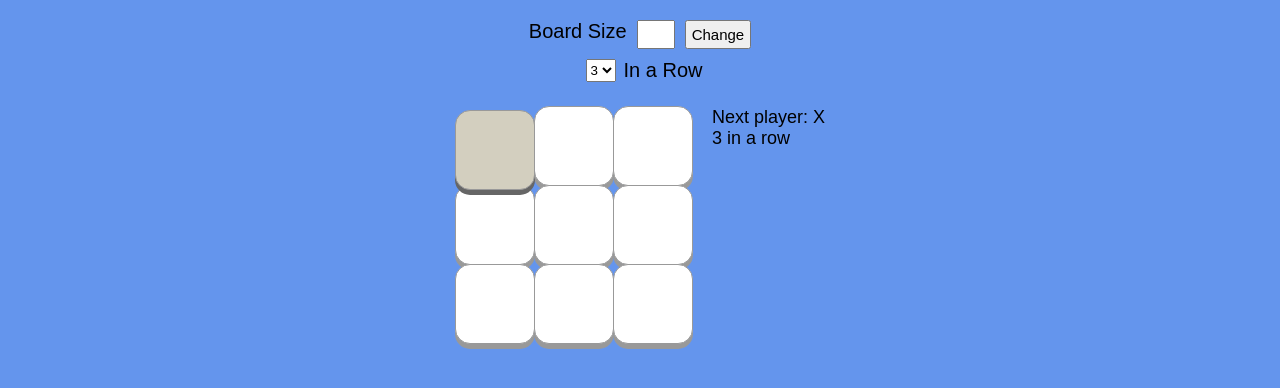
Repository: yshong211/tic-tac-toe-0708
Page: /
The author's editor kept a copy of each file at every save. The page is drawn from the files as they stood at one save, then again after the next save.
The browser window is 1280 px wide. The pictures show the whole page.
The first visible `.square` is being pressed.
The project was rebuilt for these pictures with package versions that can differ from the ones it lists, and the page was loaded fresh each time.

Above is the page before, as saved 2020-07-09 10:13:04.

After the next save:
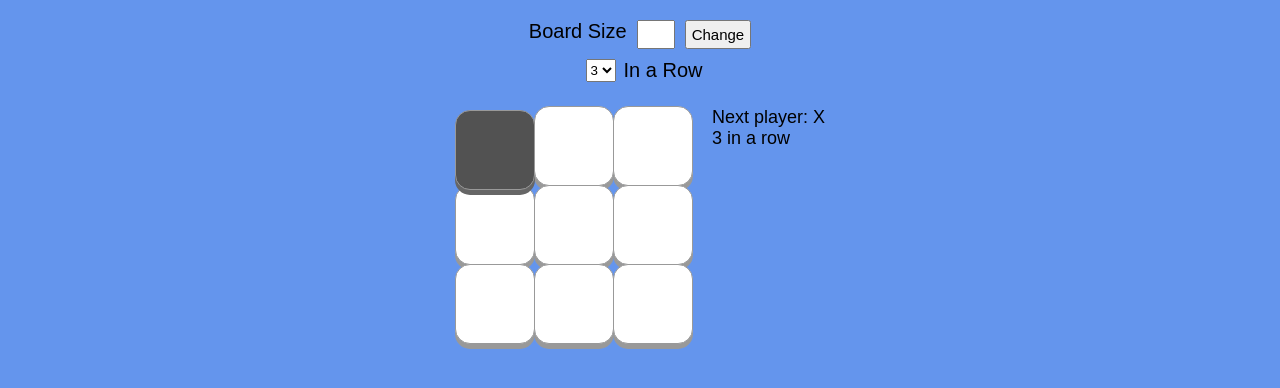
Saved 11 s later.
--- a/src/components/square/square.css
+++ b/src/components/square/square.css
@@ -21,7 +21,7 @@
   background-color: #e6e6fa;
 }
 .square:active {
-  background-color: #d3cfbf;
+  background-color: #525252;
   box-shadow: 0 5px #666;
   transform: translateY(4px);
 }
